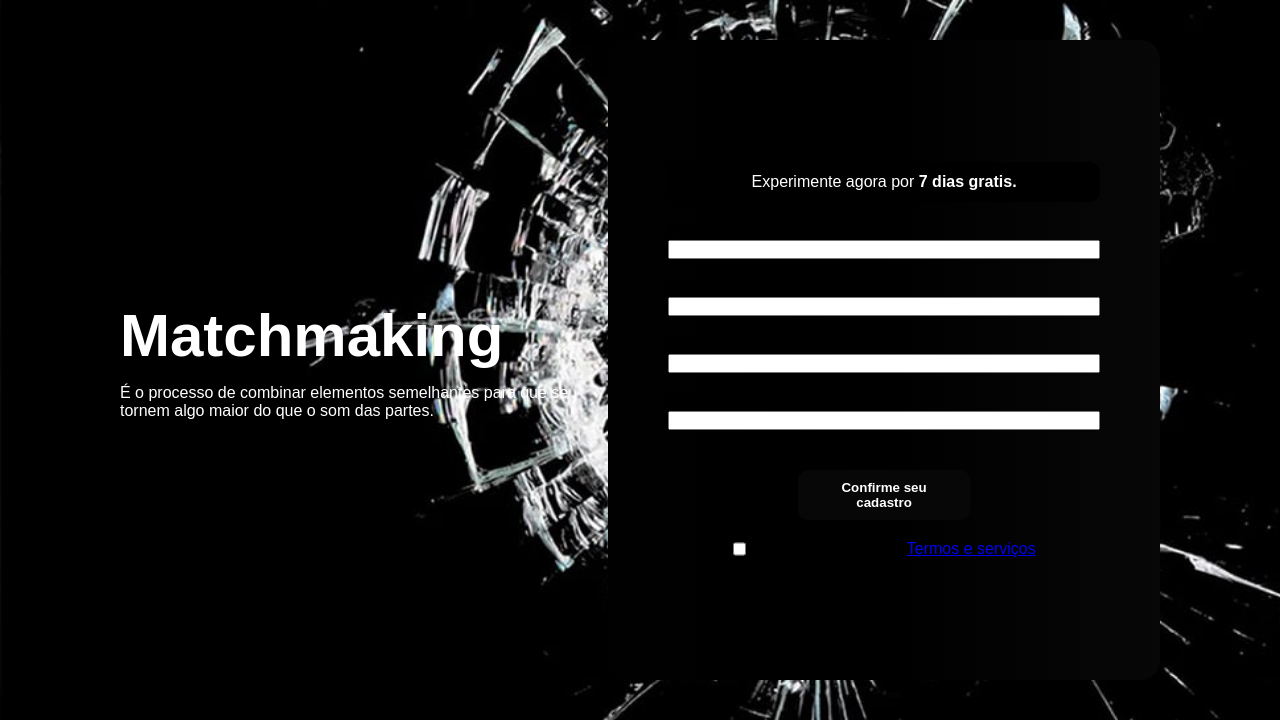
Repository: analessp/tela-login
Page: index.html
The author's editor kept a copy of each file at every save. The page is drawn from the files as they stood at one save, then again after the next save.
The browser window is 1280 px wide. The pictures show the whole page.
Some web fonts or font styles are not loaded; a fallback is used.

Above is the page before, as saved 2025-04-16 11:42:00.

After the next save:
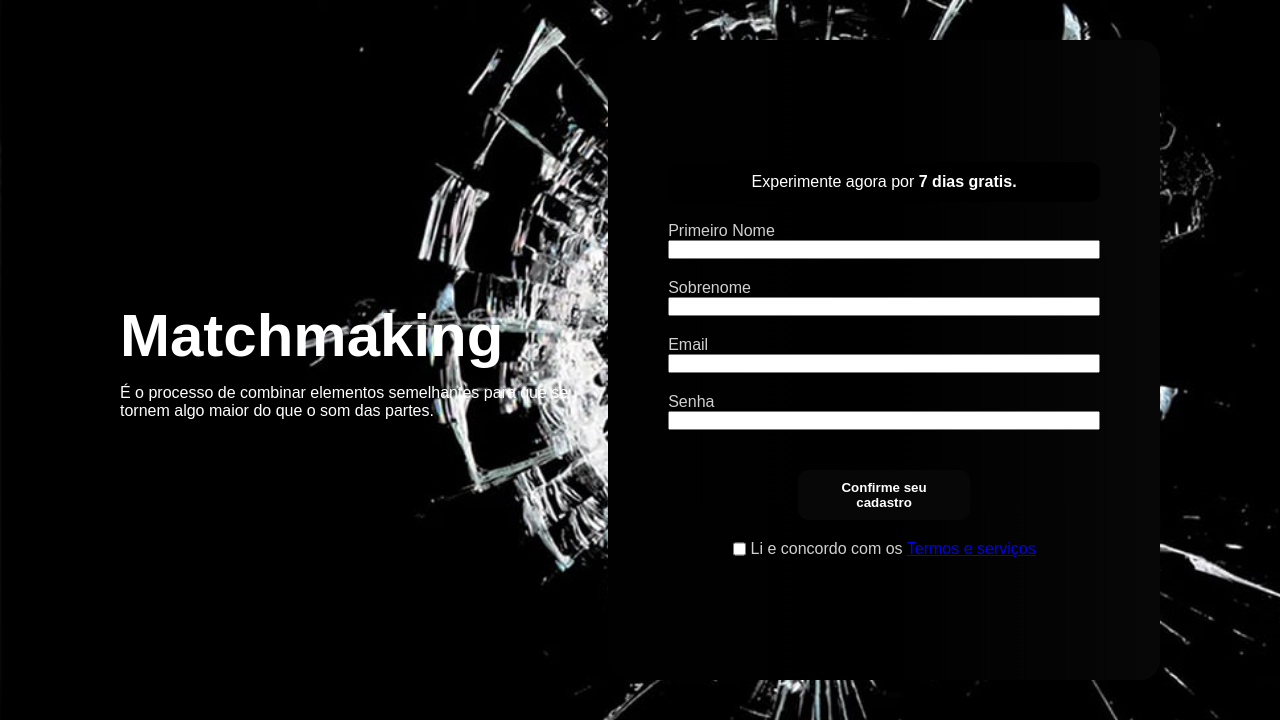
Saved 9 s later.
--- a/style.css
+++ b/style.css
@@ -90,7 +90,7 @@ text-align: center;
     display: flex;
     flex-direction: column;
     gap: 20px;
-    color: ;
+    color: #d0d0d0;
 }
 
 .forms button {
